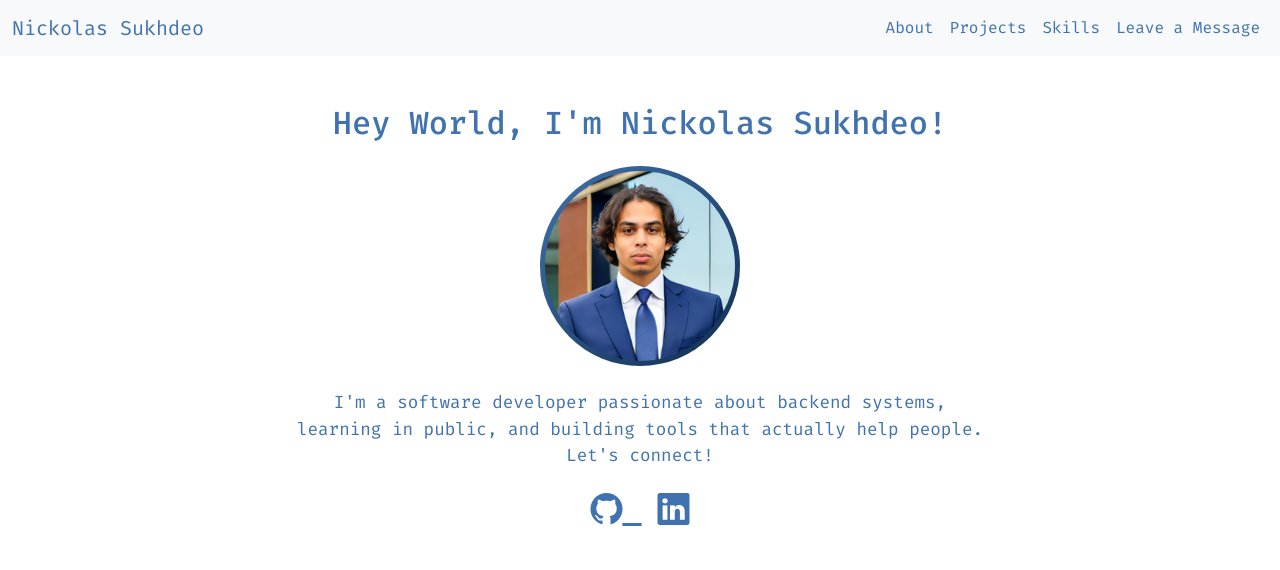
Repository: nlsukhde/porfolio
Page: index.html
An editor plug-in stored every save of this project. The page is shown before and after the next save, followed by the edit.
The browser window is 1280 px wide. The pictures show the whole page.

Above is the page before, as saved 2025-06-19 18:01:25.

After the next save:
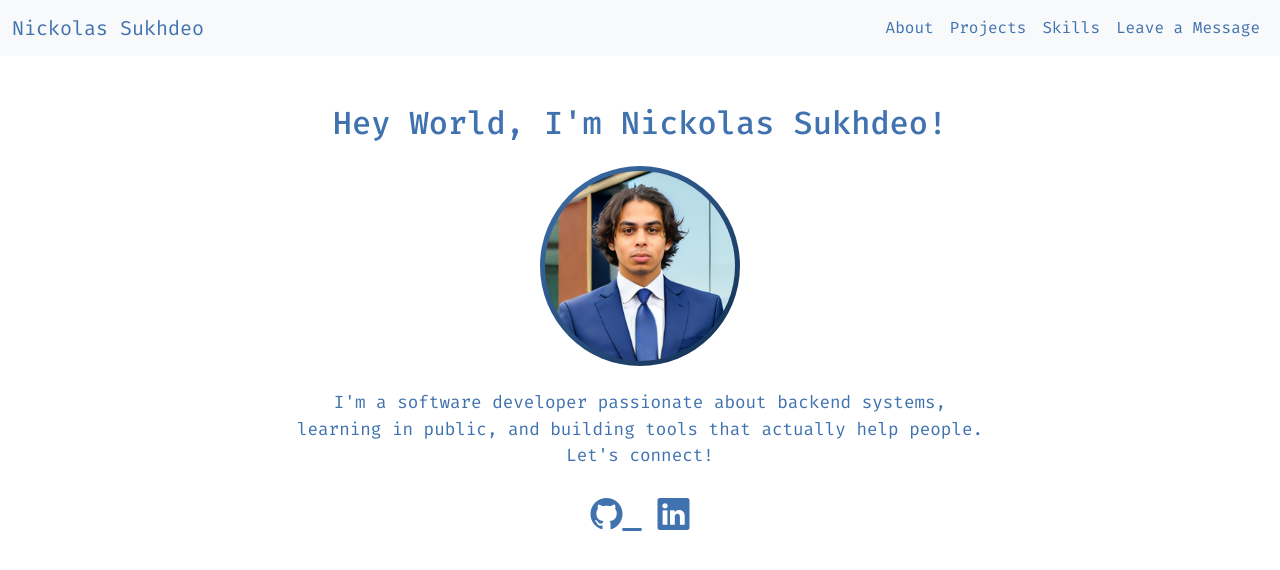
Saved 101 s later.
--- a/app.css
+++ b/app.css
@@ -10,6 +10,12 @@
   background-color: var(--color-bg);
   color: var(--color-text)!important;
   font-family: "Fira Code", monospace !important;
+}
+
+.bi {
+  font-family: "bootstrap-icons" !important;
+  font-style: normal;
+  font-weight: normal;
 }
 
 .navbar, .navbar-brand, .nav-link {
